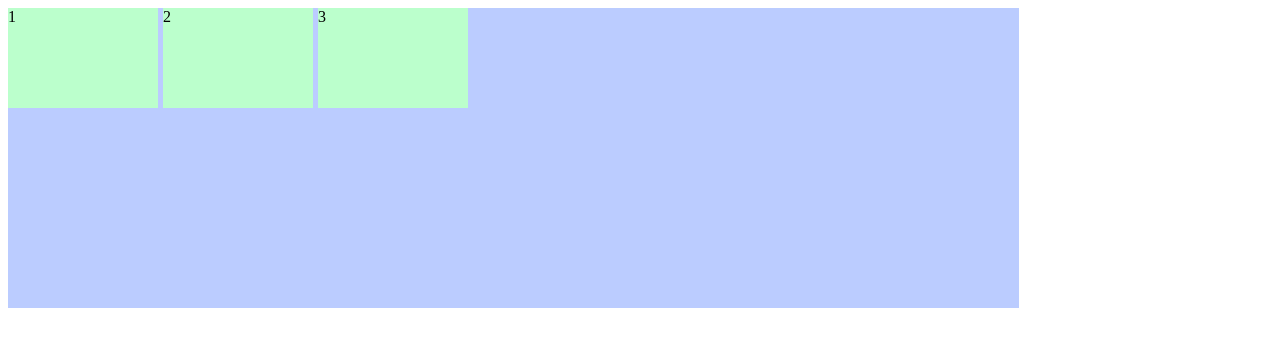
Repository: liutian97/learn1
Page: 移动端web开发/代码/2. Flex 伸缩布局/01-flex布局体验.html
The author's editor kept a copy of each file at every save. The page is drawn from the files as they stood at one save, then again after the next save.
The browser window is 1280 px wide. The pictures show the whole page.

Above is the page before, as saved 2022-07-02 16:24:21.

### 移动端web开发/代码/2. Flex 伸缩布局/01-flex布局体验.html
<!DOCTYPE html>
<html lang="en">

<head>
  <meta charset="UTF-8">
  <meta http-equiv="X-UA-Compatible" content="IE=edge">
  <meta name="viewport" content="width=device-width, initial-scale=1.0">
  <title>Document</title>
  <style>
    div{
      width: 80%;
      height: 300px;
      background-color: #bcf;
      display: flex;
      justify-content:
    }
    div span {
      width: 150px;
      height: 100px;
      margin-right: 5px;
      background-color: #bfc;

    }
  </style>
</head>

<body>
  <div>
    <span>1</span>
    <span>2</span>
    <span>3</span>
  </div>
</body>

</html>



<!-- <!DOCTYPE html>
<html lang="en">

<head>
  <meta charset="UTF-8">
  <meta name="viewport" content="width=device-width, initial-scale=1.0">
  <meta http-equiv="X-UA-Compatible" content="ie=edge">
  <title>Document</title>
  <style>
    div {
      display: flex;
      width: 80%;
      height: 300px;
      background-color: pink;
      justify-content: space-around;
    }

    div span {
      /* width: 150px; */
      height: 100px;
      background-color: purple;
      margin-right: 5px;
      flex: 1;
    }
  </style>
</head>

<body>
  <div>
    <span>1</span>
    <span>2</span>
    <span>3</span>
  </div>
</body>

</html> -->

After the next save:
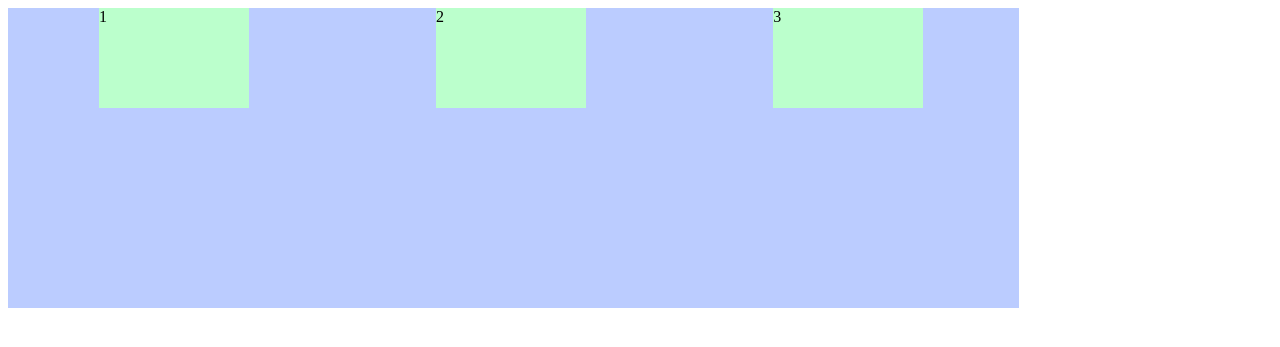
Saved 4 s later.
--- a/移动端web开发/代码/2. Flex 伸缩布局/01-flex布局体验.html
+++ b/移动端web开发/代码/2. Flex 伸缩布局/01-flex布局体验.html
@@ -12,7 +12,7 @@
       height: 300px;
       background-color: #bcf;
       display: flex;
-      justify-content:
+      justify-content:space-around
     }
     div span {
       width: 150px;
